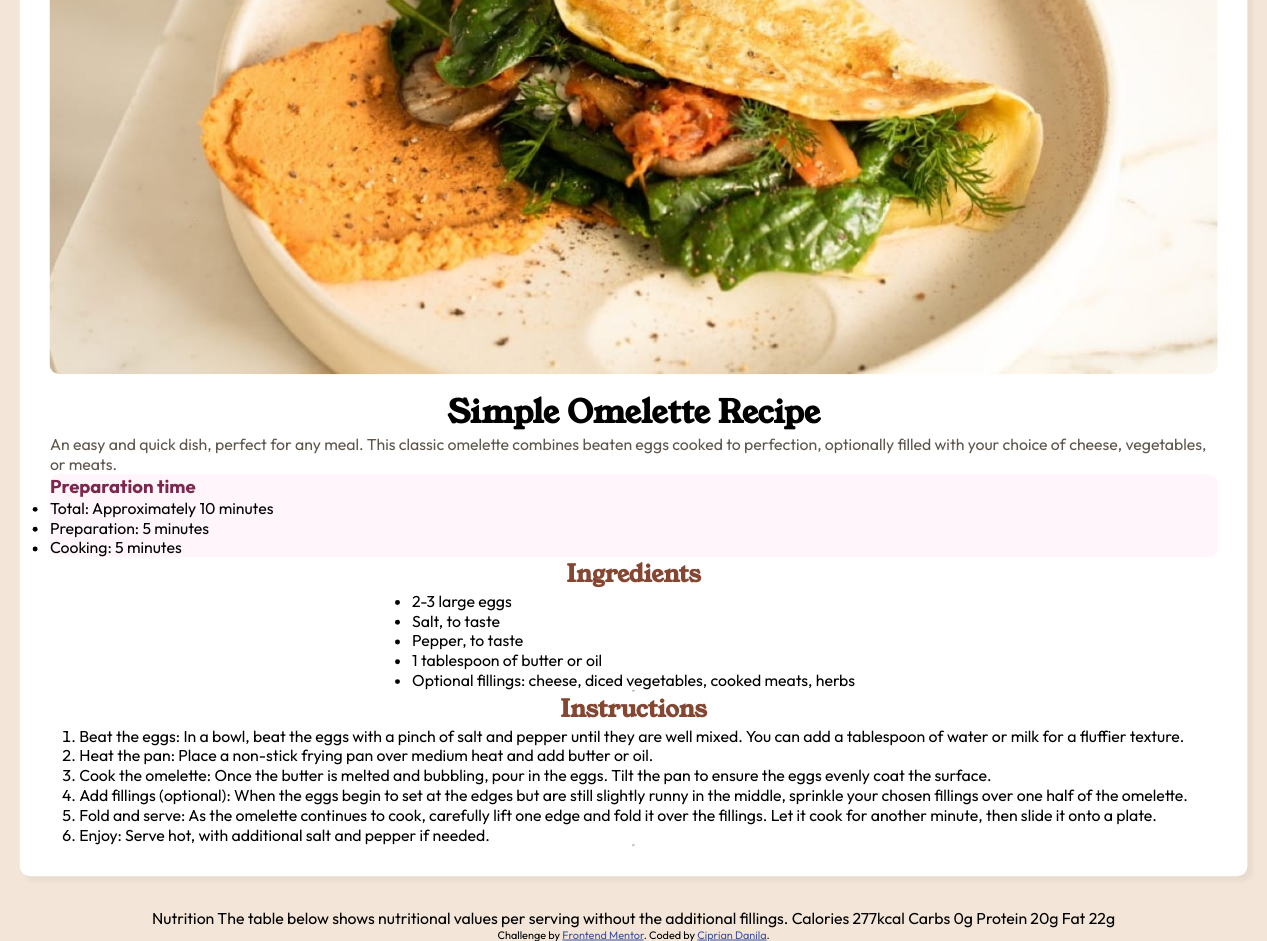
Repository: cipdanila/recipe-page
Page: index.html
These files come from the project's save history. The page is drawn as it stood at one moment and after the next save; the edit follows.
The browser window is 1280 px wide. The pictures show the whole page, at 99% of full size.

Above is the page before, as saved 2024-01-21 16:36:13.

### index.html
<!DOCTYPE html>
<html lang="en">
<head>
  <meta charset="UTF-8">
  <meta name="viewport" content="width=device-width, initial-scale=1.0"> <!-- displays site properly based on user's device -->

  <link rel="icon" type="image/png" sizes="32x32" href="./assets/images/favicon-32x32.png">
  <link rel="stylesheet" href="styles.css">

  <title>Frontend Mentor | Recipe page</title>

</head>
<body>
  <main>
    <div class="container">
      <img src="./assets/images//image-omelette.jpeg" alt="image-omlette">
      <h1>Simple Omelette Recipe</h1>
      <p>
        An easy and quick dish, perfect for any meal. This classic omelette combines beaten eggs cooked
        to perfection, optionally filled with your choice of cheese, vegetables, or meats.
      </p>
      <div class="prep-container">
        <h3>Preparation time</h3>
        <ul>
          <li>Total: Approximately 10 minutes</li>
          <li>Preparation: 5 minutes</li>
          <li>Cooking: 5 minutes</li>
        </ul>
      </div>
      <h2>Ingredients</h2>
      <ul>
        <li>2-3 large eggs</li>
        <li>Salt, to taste</li>
        <li>Pepper, to taste</li>
        <li>1 tablespoon of butter or oil</li>
        <li>Optional fillings: cheese, diced vegetables, cooked meats, herbs</li>
      </ul>
      <hr>
      <h2>Instructions</h2>
      <ol>
        <li>Beat the eggs: In a bowl, beat the eggs with a pinch of salt and pepper until they are well mixed.
          You can add a tablespoon of water or milk for a fluffier texture.</li>
        <li>Heat the pan: Place a non-stick frying pan over medium heat and add butter or oil.</li>
        <li>Cook the omelette: Once the butter is melted and bubbling, pour in the eggs. Tilt the pan to ensure
          the eggs evenly coat the surface.</li>
        <li>Add fillings (optional): When the eggs begin to set at the edges but are still slightly runny in the
          middle, sprinkle your chosen fillings over one half of the omelette.</li>
        <li>Fold and serve: As the omelette continues to cook, carefully lift one edge and fold it over the
          fillings. Let it cook for another minute, then slide it onto a plate.</li>
        <li>Enjoy: Serve hot, with additional salt and pepper if needed.</li>
      </ol>
      <hr>
    </div>
  </main>

  Nutrition

  The table below shows nutritional values per serving without the additional fillings.

  Calories
  277kcal

  Carbs
  0g

  Protein
  20g

  Fat
  22g
  <footer>
    <div class="attribution">
      Challenge by <a href="https://www.frontendmentor.io?ref=challenge" target="_blank" rel="noopener">Frontend Mentor</a>.
      Coded by <a href="https://github.com/cipdanila" target="_blank" rel="noopener noreferrer">Ciprian Danila</a>.
    </div>
  </footer>
</body>
</html>

### styles.css
@import url("https://fonts.googleapis.com/css2?family=Outfit:wght@400;600;700&family=Young+Serif&display=swap");

* {
    margin: 0;
    padding: 0;
    box-sizing: border-box;
}

:root {
    /* Primary Colors */
    --nutmeg: hsl(14, 45%, 36%);            /* h2 */
    --dark-raspberry: hsl(332, 51%, 32%);   /* h3 */
    /* Neutral Colors */
    --white: hsl(0, 0%, 100%);              /* main container */
    --rose-white: hsl(330, 100%, 98%);      /* second container */
    --eggshell: hsl(30, 54%, 90%);          /* body */
    --light-grey: hsl(30, 18%, 87%);        /* shadow */
    --wenge-brown: hsl(30, 10%, 34%);       /* regular font */
    --dark-charcoal: hsl(24, 5%, 18%);      /* bold font */
    /* Fonts */
    --font-heads: 'Young Serif', sans-serif;
    --font-body: 'Outfit', sans-serif;
}

body {
    font-family: var(--font-body);
    font-size: 16px;
    background-color: var(--eggshell);
    display: flex;
    flex-direction: column;
    align-items: center;
    justify-content: center;
    height: calc(100vh - 1px);
    margin: 1.25rem;
}

img {
    max-width: 100%;
}

h1, h2 {
    font-family: var(--font-heads);
}

h2 {
    color: var(--nutmeg);
}

h3 {
    font-family: var(--font-body);
    color: var(--dark-raspberry);
}

p {
    color: var(--wenge-brown);
}

.container {
    background-color: var(--white);
    padding: 1.90rem;
    border-radius: 0.625rem;
    box-shadow: 5px 5px 5px rgba(0, 0, 0, 0.05);
    display: flex;
    flex-direction: column;
    align-items: center;
    margin-bottom: 2rem;
}

.container img {
    border-radius: 0.625rem;
    margin-bottom: 1rem;
}

.prep-container {
    width: 100%;
    display: flex;
    flex-direction: column;
    align-items: flex-start;
    background-color: var(--rose-white);
    border-radius: 0.625rem;
    margin: 0 auto;
}

.attribution {
    font-size: 11px;
    text-align: center;
}

.attribution a {
    color: hsl(228, 45%, 44%);
}

@media (min-width: 375px) {
/**/
}

After the next save:
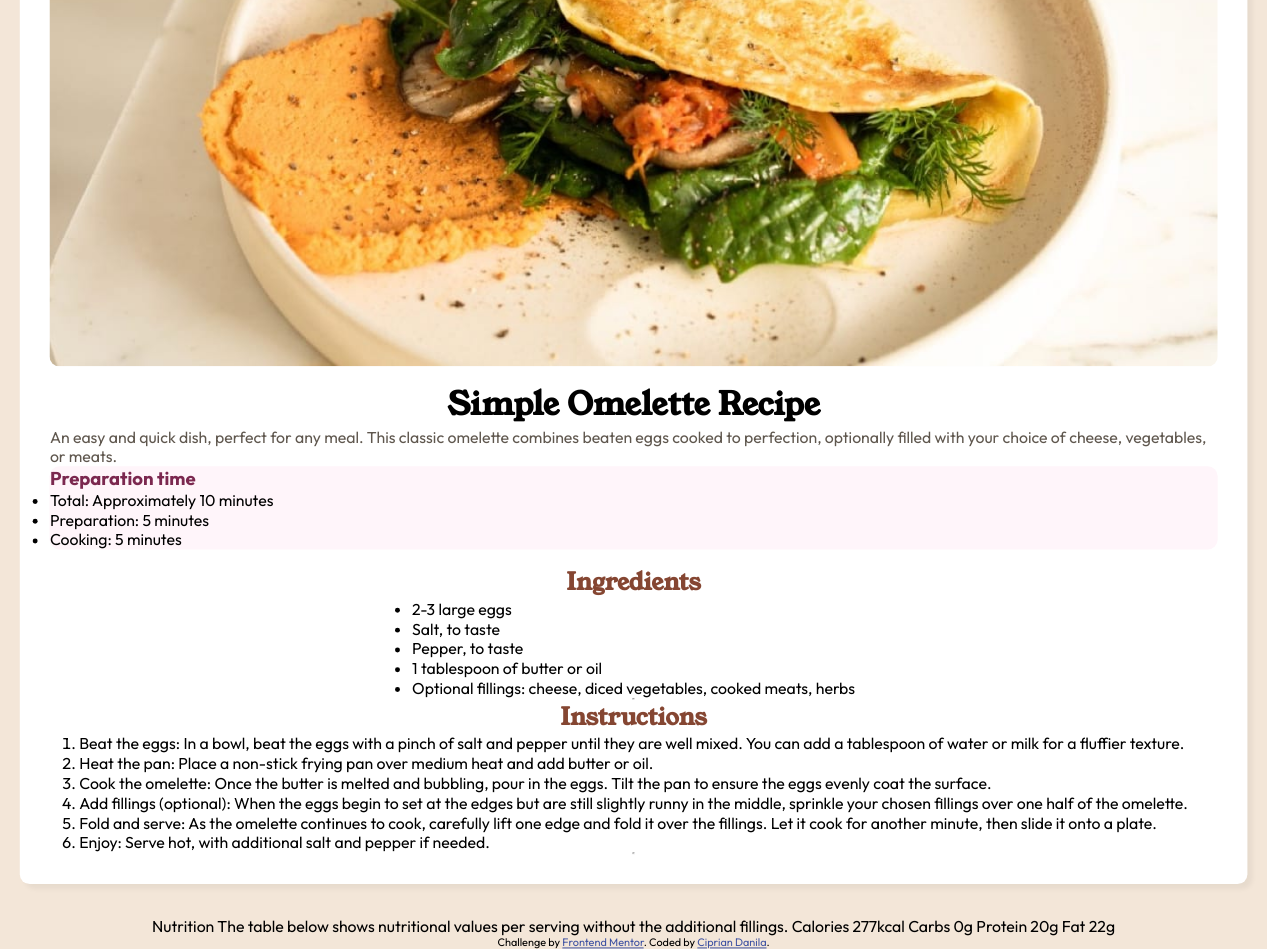
Saved 8 s later.
--- a/styles.css
+++ b/styles.css
@@ -78,7 +78,7 @@
     align-items: flex-start;
     background-color: var(--rose-white);
     border-radius: 0.625rem;
-    margin: 0 auto;
+    margin: 0 auto 1rem;
 }
 
 .attribution {
